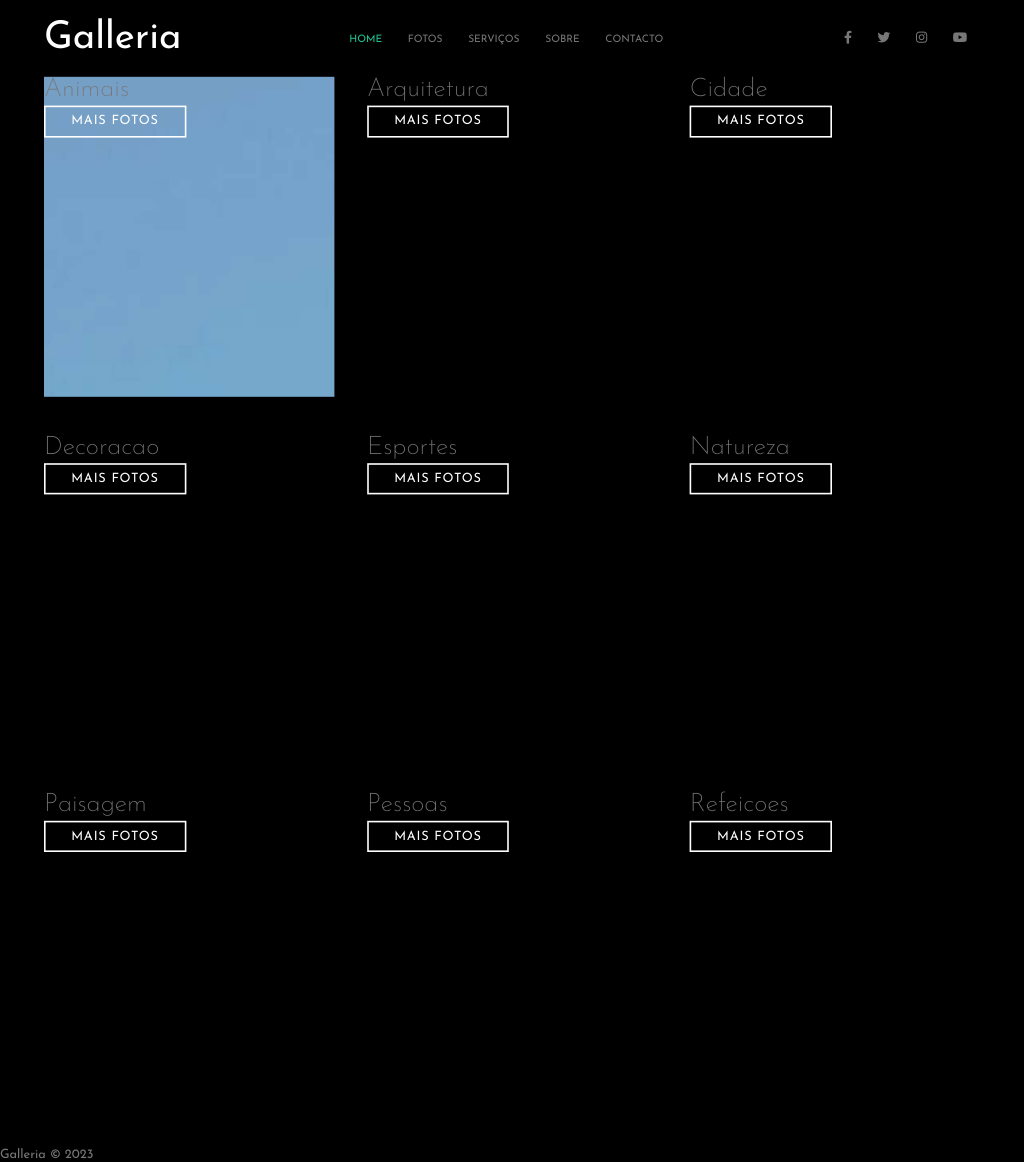
Repository: AghastyGD/gallery-sass
Page: index.html
These files come from the project's save history. The page is drawn as it stood at one moment and after the next save; the edit follows.
The browser window is 1280 px wide. The pictures show the whole page, at 80% of full size.
The style sheet was rebuilt from its Sass, Less or Tailwind sources for each picture, by a compiler version that may differ from the author's.

Above is the page before, as saved 2023-10-13 18:32:46.

After the next save:
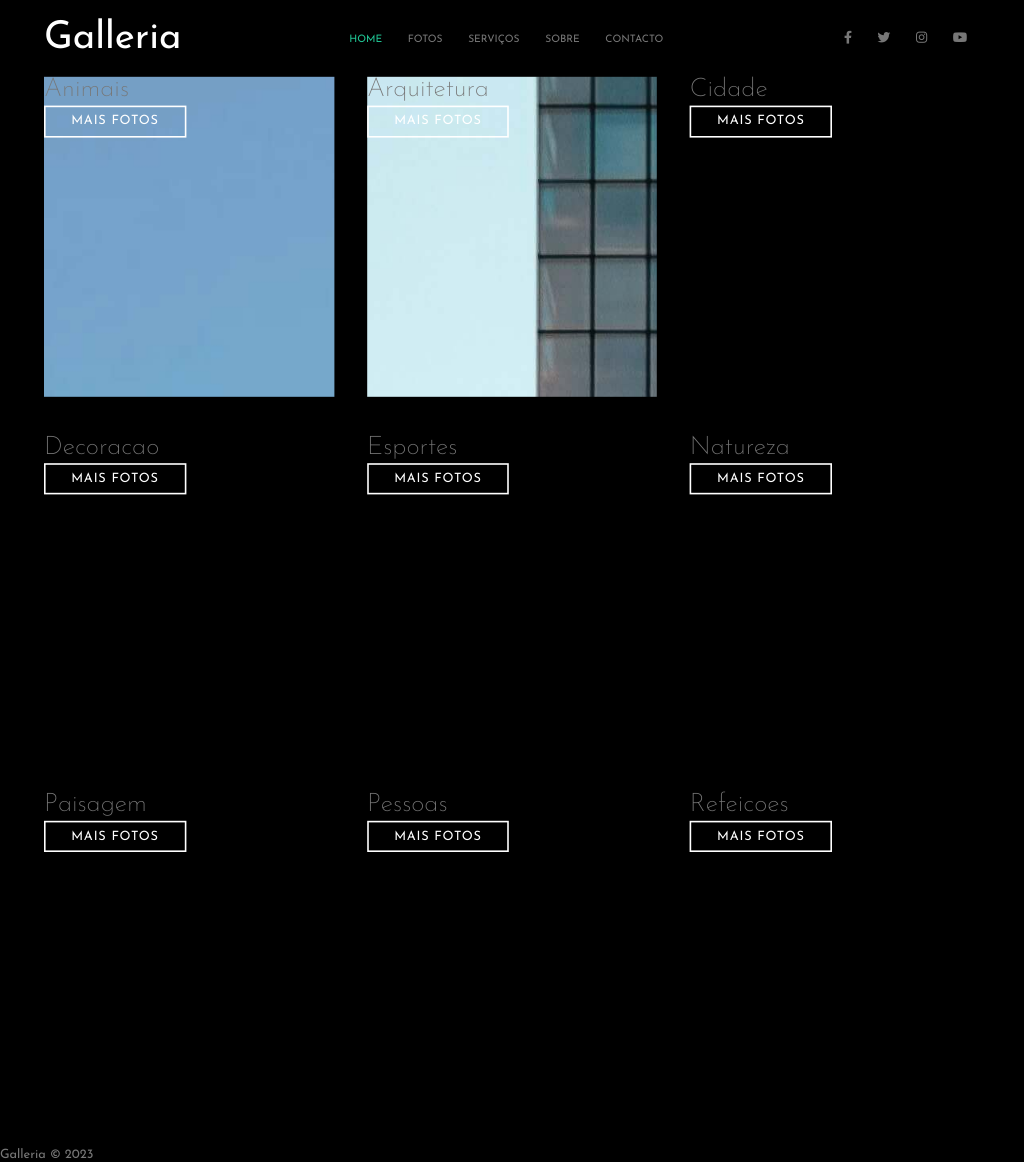
Saved 54 s later.
--- a/sass/styles.sass
+++ b/sass/styles.sass
@@ -92,3 +92,6 @@ body
 
   #card-1
     @include mixins.bg-img('animais.jpg')
+
+  #card-2
+    @include mixins.bg-img('arquitetura.jpg')
